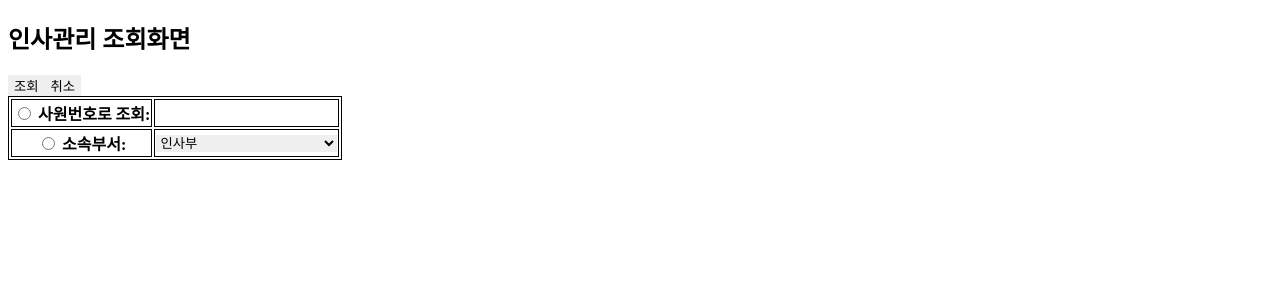
Repository: guguping/finalTestStudy
Page: http://localhost/test1/findMemberForm.jsp
These files come from the project's save history. The page is drawn as it stood at one moment and after the next save; the edit follows.
The browser window is 1280 px wide. The pictures show the whole page.
The page is served by Tomcat 9.

Above is the page before, as saved 2023-07-28 05:01:39.

### test1/src/main/webapp/findMemberForm.jsp
<%@ page language="java" contentType="text/html; charset=UTF-8"
    pageEncoding="UTF-8"%>
<!DOCTYPE html>
<html>
<head>
<meta charset="UTF-8">
<title>Insert title here</title>
<style>
	table, tr, th {
		border: 1px solid black;
		text-align: center;
		box-sizing: border-box;
	}
	input {
		border: none;
		outline: none;
	}
	select {
		border: none;
		outline: none;
		width: 100%;
		height: 100%;
	}
</style>
</head>
<body>
	<h2>인사관리 조회화면</h2>
	<form action="index.jsp" method="get">
		<table>
			<tr>
				<th>
				<input type="radio" id="searchType" value="id" name="searchType">
					사원번호로 조회:
				</th>
				<th>
					<input type="text" name="idValue">
				</th>
			</tr>
			<tr>
				<th>
				<input type="radio" value="dept" name="searchType">
					소속부서:
				</th>
				<th>
					<select name="deptValue">
						<option value="인사부">인사부</option>
						<option value="기획부">기획부</option>
						<option value="홍보부">홍보부</option>
						<option value="영업부">영업부</option>
						<option value="경리부">경리부</option>
					</select>
				</th>
			</tr>
			<input type="submit" value="조회">
			<input type="button" onclick="index()" value="취소">
		</table>
	</form>

</body>
<script>
	const index =()=>{
		location.href = "index.jsp";
	}
</script>
</html>

After the next save:
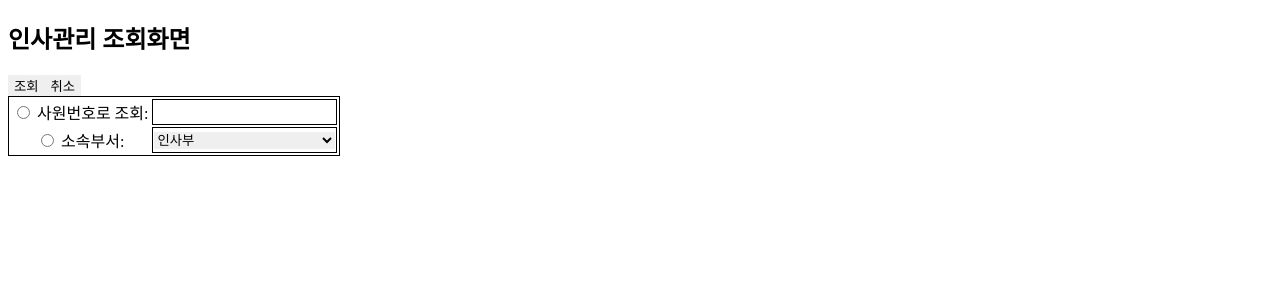
Saved 15 s later.
--- a/test1/src/main/webapp/findMemberForm.jsp
+++ b/test1/src/main/webapp/findMemberForm.jsp
@@ -28,19 +28,19 @@
 	<form action="index.jsp" method="get">
 		<table>
 			<tr>
-				<th>
+				<td>
 				<input type="radio" id="searchType" value="id" name="searchType">
 					사원번호로 조회:
-				</th>
+				</tD>
 				<th>
 					<input type="text" name="idValue">
 				</th>
 			</tr>
 			<tr>
-				<th>
+				<td>
 				<input type="radio" value="dept" name="searchType">
 					소속부서:
-				</th>
+				</td>
 				<th>
 					<select name="deptValue">
 						<option value="인사부">인사부</option>
